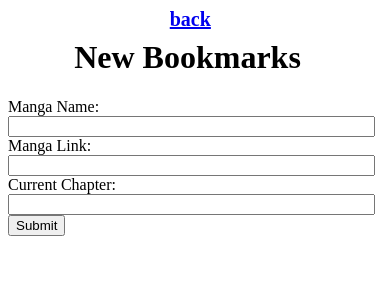
Repository: PA055/Manga-Bookmarks
Page: new.html
An editor plug-in stored every save of this project. The page is shown before and after the next save, followed by the edit.
The browser window is 375 px wide. The page is 375 px wide, then 377 px, so the pictures cover 377 px, including what lies to the right of the window. The pictures show the whole page.

Above is the page before, as saved 2023-03-11 12:04:04.
Console error: ReferenceError: $ is not defined

### new.html
<!DOCTYPE html>
<html lang="en">
  <head>
    <meta charset="utf-8" />
    <meta name="viewport" content="width=device-width, initial-scale=1" />
    <meta name="theme-color" content="#000000" />
    <title>New Bookmark</title>
    <link rel="stylesheet" href="./main.css">
  </head>
  <body>
    <noscript>You need to enable JavaScript to run this app.</noscript>

    <a href="index.html" class="back">back</a>
    <h1>New Bookmarks</h1>

    <form id="newBookmark" onsubmit="AddBookmark()">
        <label for="mname">Manga Name:</label>
        <input type="text" id="mname" name="mname" class="input">
        <br>
        <label for="link">Manga Link:</label>
        <input type="url" id="link" name="link" class="input">
        <br>
        <label for="chapter">Current Chapter:</label>
        <input type="number" id="chapter" name="chapter" class="input">
        <br>
        <input type="submit">
    </form>

    <script src="./bookmarks.js"></script>
  </body>
</html>

### main.css
h1 {
    width: 100%;
    text-align: center;
}

.button {
    display: block;
    padding: 5px;
    margin: auto;
    width: fit-content;
    text-decoration: none;
    border: 4px gray outset;
    color: black;
}

.button:hover {
    border-style: inset;
}

.back {
    font-size: 20px;
    font-weight: bold;
    display: inline;
    float: left;
    margin-top: 8px;
    margin-left: 10px;
}

.input {
    width: 100%;
}

@media only screen and (max-width: 400px) {
    .back {
        display: block;
        float: none;
        width: 96%;
        height: 20px;
        text-align: center;
        margin-bottom: -10px;
    }
}

### bookmarks.js
let bookmarks = document.getElementById('bookmarks');
const url = "./bookmarks.json"

$.getJSON(url, function(data){
    console.log(data);
});

// const fetchJson = async () => {
//     try {
//         const file = await fetch(url);
//         const response = await file.json();
//     } catch (error) {
//         console.log(error);
//     }
// };

function AddBookmark() {
    var formData = new FormData(document.querySelector('form'))

}

After the next save:
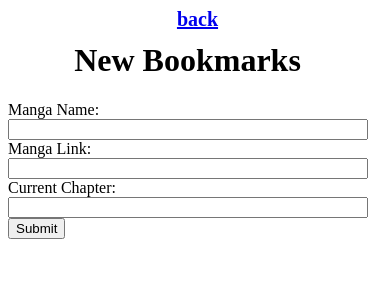
Saved 26 s later.
--- a/main.css
+++ b/main.css
@@ -27,15 +27,14 @@ h1 {
 }
 
 .input {
-    width: 100%;
+    width: 98%;
 }
 
 @media only screen and (max-width: 400px) {
     .back {
         display: block;
         float: none;
-        width: 96%;
-        height: 20px;
+        width: 100%;
         text-align: center;
         margin-bottom: -10px;
     }
